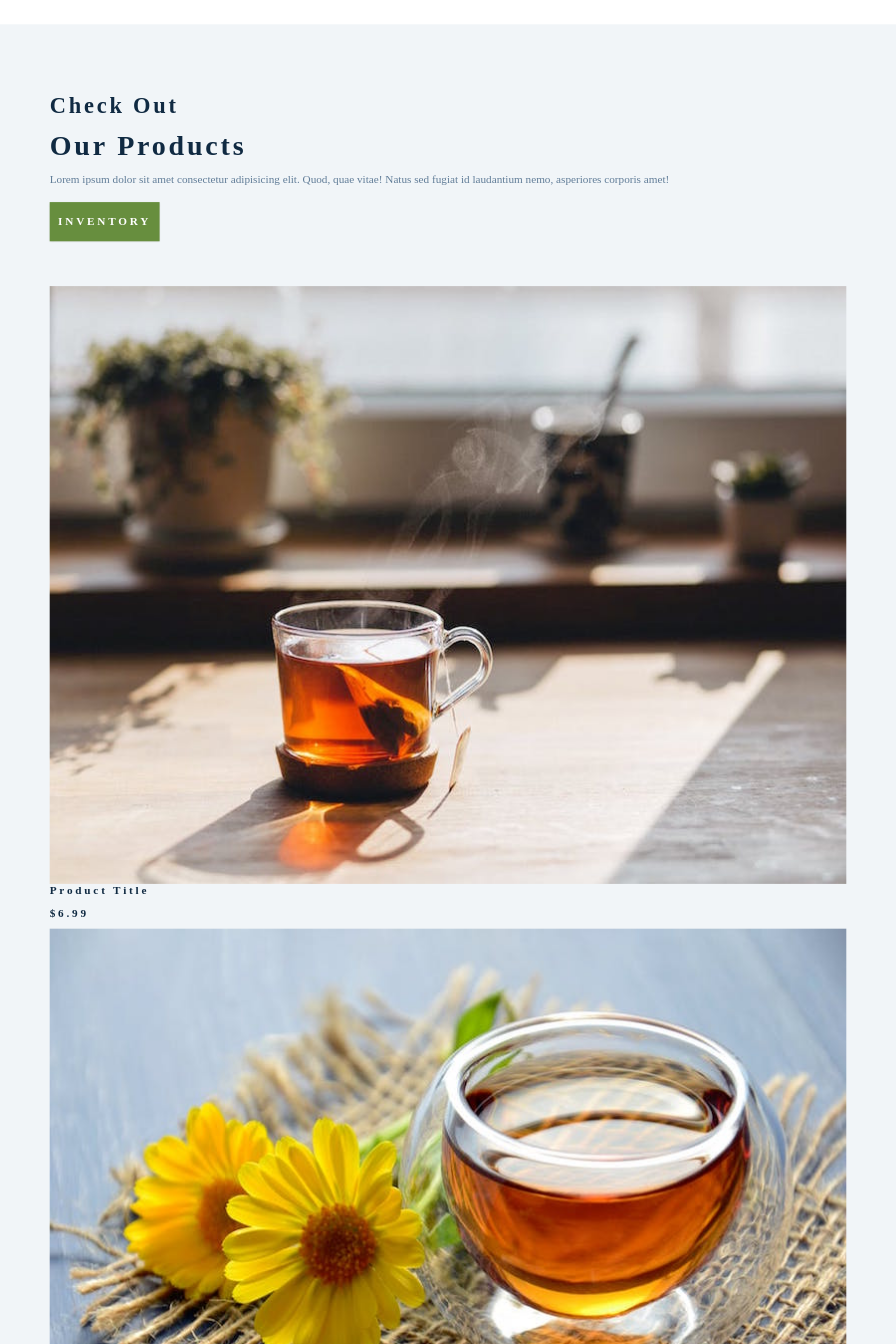
Repository: Ndifoinhilary/building_tea_site
Page: index.html
The author's editor kept a copy of each file at every save. The page is drawn from the files as they stood at one save, then again after the next save.
The browser window is 1280 px wide. The pictures show the part of the page from y = 1594 to 3514 px (the page is 5572 px tall before and 5620 px after), at 70% of full size.
Backgrounds fixed to the window are drawn as part of the page. Some web fonts or font styles are not loaded; a fallback is used.

Above is the page before, as saved 2024-01-06 13:03:44.

### index.html
<!DOCTYPE html>
<html lang="en">

<head>
  <meta charset="UTF-8" />
  <meta name="viewport" content="width=device-width, initial-scale=1.0" />
  <meta http-equiv="X-UA-Compatible" content="ie=edge" />
  <title>Tea Station || Home</title>
  <!-- font-awesome -->
  <link rel="stylesheet" href="./fontawesome-free-5.7.2-web/css/all.css" />
  <!-- custom css -->
  <link rel="stylesheet" href="./css/styles.css" />
</head>

<body>
  <!-- nav button -->
  <span class="nav-btn" id="nav-btn">
    <i class="fas fa-bars"></i>
  </span>
  <!-- nav -->
  <nav class="navbar" id="navbar">
    <div class="navbar-header">
      <span class="nav-close" id="nav-close">
        <i class="fas fa-times"></i>
      </span>
    </div>
    <ul class="nav-items">
      <li><a href="index.html" class="nav-link">home</a></li>
      <li><a href="skills.html" class="nav-link">skills</a></li>
      <li><a href="about.html" class="nav-link">about</a></li>
      <li><a href="products.html" class="nav-link">products</a></li>
    </ul>
  </nav>
  <!-- header -->
  <header class="header">
    <div class="banner">
      <h2 class="banner-subtitle">Over one hunred flavors of tea</h2>
      <h1 class="banner-title">specially crafted tea</h1>
      <a href="skills.html" class=" btn banner-btn">explore</a>
    </div>
  </header>

  <div class="content-divider"></div>





  <!-- skills section -->
  <section class="skills clearfix">
    <!-- single skill -->
    <article class="skill">
      <span class="skill-icon">
        <i class="fas fa-mug-hot"></i>
      </span>
      <h4 class="skill-title">made in US</h4>
      <!-- ten words -->
      <p class="skill-text">
        Lorem ipsum dolor sit amet consectetur adipisicing elit. Tempore,
        sequi.
      </p>
    </article>
    <!-- end of single skill -->
    <!-- single skill -->
    <article class="skill">
      <span class="skill-icon">
        <i class="fas fa-glass-cheers"></i>
      </span>
      <h4 class="skill-title">relaxation</h4>
      <!-- ten words -->
      <p class="skill-text">
        Lorem ipsum dolor sit amet consectetur adipisicing elit. Tempore,
        sequi.
      </p>
    </article>
    <!-- end of single skill -->
    <!-- single skill -->
    <article class="skill">
      <span class="skill-icon">
        <i class="fas fa-bomb"></i>
      </span>
      <h4 class="skill-title">energy</h4>
      <!-- ten words -->
      <p class="skill-text">
        Lorem ipsum dolor sit amet consectetur adipisicing elit. Tempore,
        sequi.
      </p>
    </article>
    <!-- end of single skill -->
    <!-- single skill -->
    <article class="skill">
      <span class="skill-icon">
        <i class="fas fa-mortar-pestle"></i>
      </span>
      <h4 class="skill-title">family recipe</h4>
      <!-- ten words -->
      <p class="skill-text">
        Lorem ipsum dolor sit amet consectetur adipisicing elit. Tempore,
        sequi.
      </p>
    </article>
    <!-- end of single skill -->
  </section>
  <!--end of skills section -->




  <!-- about -->
  <section class="about">

    <div class="section-center clearfix">

      <article class="about-img">
        <div class="about-picture-container">
          <img src="./images/about-bcg.jpeg" alt="tea kettle" class="about-picture" />
        </div>
      </article>

      <article class="about-info">
        <!-- section title -->
        <div class="section-title">
          <h3 class="section-subtitle">about our</h3>
          <h2 class="section-title">tea station</h2>
        </div>
        <!-- section title -->
        <p class="about-text">
          Lorem ipsum dolor sit amet consectetur adipisicing elit. Possimus
          numquam rem eos vel consequuntur obcaecati?
        </p>
        <p class="about-text">
          Lorem ipsum dolor sit amet consectetur adipisicing elit. Possimus
          numquam rem eos vel consequuntur obcaecati?
        </p>
        <a href="about.html" class="btn">learn more</a>
      </article>
    </div>
  </section>
  <!-- end of about -->





  <!-- products -->
  <section class="products">
    <div class="section-center clearfix">
      <!-- products info  -->
      <article class="products-info">
        <!-- title -->
        <div>
          <h3 class="section-subtitle">check out</h3>
          <h2 class="section-title text-white">our products</h2>
        </div>
        <!-- end of title -->
        <p class="product-text">
          Lorem ipsum dolor sit amet consectetur adipisicing elit. Quod, quae
          vitae! Natus sed fugiat id laudantium nemo, asperiores corporis
          amet!
        </p>
        <a href="products.html" class="btn">inventory</a>
      </article>
      <!-- end of products info -->

      <!-- products inventory -->
      <article class="products-inventory clearfix">
        <!-- single product -->
        <div class="product">
          <img src="./images/product-1.jpeg" alt="single product" class="product-img" />
          <h4 class="product-title">product title</h4>
          <h4 class="product-price">$6.99</h4>
        </div>
        <!--end of single product -->
        <!-- single product -->
        <div class="product">
          <img src="./images/product-2.jpeg" alt="single product" class="product-img" />
          <h4 class="product-title">product title</h4>
          <h4 class="product-price">$6.99</h4>
        </div>
        <!--end of single product -->
        <!-- single product -->
        <div class="product">
          <img src="./images/product-3.jpeg" alt="single product" class="product-img" />
          <h4 class="product-title">product title</h4>
          <h4 class="product-price">$6.99</h4>
        </div>
        <!--end of single product -->
      </article>
      <!--end of  products inventory -->
    </div>
  </section>


  <!-- end of  products -->




  <!-- contact -->
  <section class="contact">
    <div class="section-center clearfix">
      <!-- contact info -->
      <article class="contact-info">
        <!-- contact item -->
        <div class="contact-item">
          <!-- contact text -->
          <h3 class="contact-title">
            <span class="contact-icon">
              <i class="fas fa-location-arrow"></i> </span>address
          </h3>
          <h3 class="contact-text">
            523 N Fairfax Ave, Los Angeles, CA 90048
          </h3>
        </div>
        <!-- end of contact item -->
        <!-- contact item -->
        <div class="contact-item">
          <!-- contact text -->
          <h3 class="contact-title">
            <span class="contact-icon"> <i class="fas fa-envelope"></i> </span>email
          </h3>
          <h3 class="contact-text">email@email.com</h3>
        </div>
        <!-- end of contact item -->

        <!-- contact item -->
        <div class="contact-item">
          <!-- contact text -->
          <h3 class="contact-title">
            <span class="contact-icon">
              <i class="fas fa-location-arrow"></i> </span>telephone
          </h3>
          <h3 class="contact-text">+ 123 456 789</h3>
        </div>
        <!-- end of contact item -->
      </article>
      <article class="contact-form">
        <form action="https://formspree.io/learncodetutorial@gmail.com" method="POST" class="form-group">
          <input type="text" name="name" placeholder="name" class="form-control" />
          <input type="email" name="email" placeholder="email" class="form-control" />
          <textarea name="message" placeholder="message" class="form-control" rows="5"></textarea>
          <button class="main-btn">send</button>
        </form>
      </article>
      <!-- end of contact info -->
    </div>
  </section>




  <!-- end o fcontact -->
  <footer class="footer">
    <div class="section-center">
      <div class="social-icons">
        <!-- social icon -->
        <a href="#" class="social-icon">
          <i class="fab fa-facebook"></i>
        </a>
        <!-- end of social icon -->
        <!-- social icon -->
        <a href="#" class="social-icon">
          <i class="fab fa-twitter"></i>
        </a>
        <!-- end of social icon -->
        <!-- social icon -->
        <a href="#" class="social-icon">
          <i class="fab fa-instagram"></i>
        </a>
        <!-- end of social icon -->
      </div>
      <p class="footer-text">
        &copy;2019 <span class="text-primary">tea station</span>. all rights
        reserved
      </p>
    </div>
  </footer>



  <script src="app.js"></script>
</body>

</html>

### css/styles.css
@import url("https://fonts.googleapis.com/css?family=Catamaran:400,700|Grand+Hotel");

* {
  margin: 0;
  padding: 0;
  box-sizing: border-box;
}

/*================
Global variables
===================
*/

:root{
  --clr-primary:#678e3e;
  --clr-primary-light:#beed8c;
  --clr-grey-1:#102a42;
  --clr-grey-5:#617d98;
  --clr-grey-10:#f1f5f8;
  --clr-white:#fff;
  --ff-primary:"Catamaran",sans-serif;
  --ff-secondary:"Grand Hotel", cursive;
  --transition: all 0.3s linear ;
  --spacing:0.25rem;
  --radius:0.5rem;
}


body{
  font-family: var(--clr-primary);
  background: var(--clr-white);
  color: var(--clr-grey-1);
  line-height: 1.5;
  font-size: 0.875rem;
}

a{
  text-decoration: none;
}

img{
  width: 100%;
  display: block;
}
h1,h2,h3,h4{
  letter-spacing: var(--spacing);
  text-transform: capitalize;
  line-height: 1.25;
  margin-bottom: 0.75rem;
}

h1{
  font-size: 3rem;
}
h2{
  font-size: 2rem;
}
h3{
  font-size: 1.5rem;
}
h4{
  font-size: 0.875rem;
}

p{
  margin-bottom: 1.25rem;
}
@media screen and (min-width:800px) {
  h1{
    font-size: 4rem;
  }
  h2{
    font-size: 2.5rem;
  }
  h3{
    font-size: 2rem;
  }
  h4{
    font-size: 1rem;
  }
  body{
    font-size: 1rem;
  }
  h1,h2,h3,h4{
    line-height: 1.25;

  }
}
/*
more css
 */

 .btn{
  text-transform: uppercase;
  background: var(--clr-primary);
  color: var(--clr-white);
  padding: 1rem 0.75rem;
  letter-spacing: var(--spacing);
  display: inline-block;
  font-weight:700 ;
  transition: var(--transition);
  font-size: 1rem;
  border: none;
  cursor: pointer;
  box-shadow: 0 1px 3px rgba(0, 0, 0,0.2);
 }
.btn:hover {
  color: var(--ff-primary);
  background: var(--clr-primary-light);
}
.clearfix::after , .clearfix::before{
  content: "";
  clear: both;
  display: table;
}
.section-title h3{
font-family: var(--ff-secondary);
color: var(--clr-primary);
}
section-title{
  margin-bottom: 2rem;
}
.section-center{
  padding: 4rem 0;
  width: 85vw;
  margin: 0 auto;
  max-width: 1170px;
}
@media screen and (min-width:992px) {
  .section-center{
    width: 95vw;
    padding: 4rem 1rem;
  }
}
 /*
 header
  */

  .header{
    min-height: 100vh;
    background: linear-gradient(rgba(0, 0, 0,0.6),rgba(0, 0, 0,0.6)) ,url("/images/main-bcg.jpeg") center/cover no-repeat fixed;
    position: relative;
    /* animation */
    overflow-x: hidden;

  }

  .banner{
    text-align: center;
    position: absolute;
    top: 50%;
    left: 50%;
    transform: translate(-50%,-50%);
  }

  .banner h2{
    font-family: var(--ff-secondary);
    color: var(--clr-primary);
    /* animation */
  }

  .banner h1{
    text-transform: uppercase;
    color: var(--clr-white);
    margin-top: 1.25rem;
    margin-bottom: 2rem;
  }

.banner-btn{
  outline: 0.125rem solid var(--clr-primary);
  outline-offset: 0.25rem;
  font-size: 1.25rem;
  padding:1rem 1.75rem ;
}

.content-divider{
height: 0.5rem;
background: linear-gradient(to left, var(--clr-primary), #e9b949, var(--clr-primary));
}

/*
skills section
 */

 .skills{
  background: var(--clr-grey-10);

 }

 .skill{
  text-align: center;
  padding: 2.5rem 0;
  transition: var(--transition);

 }

 .skill-icon{
  font-size: 2.5rem;
  margin-bottom: 1.25rem;
  transition: var(--transition);
  display: inline-block;
  color: var(--clr-primary);

 }
 .skill-text{
  color: var(--clr-grey-5);
  max-width: 17rem;
  margin: 0 auto;
 }
 .skill:hover {
  background: var(--clr-white);
  box-shadow: 0  2px var(--clr-primary);
 }

 .skill:hover .skill-icon{
  transform: translateY(-5px);
 }
 @media screen and (min-width:576px) {
  .skill{
    float: left;
    width: 50%;
  }
 }

 @media screen and (min-width:1200px) {
  .skill{

    width: 25%;
  }
 }

 /*
 About css
  */
.about-img, .about-info{
  padding: 2rem;
}

.about-picture-container{
  color: var(--clr-primary);
  border: 0.5rem solid var(--clr-primary);
  max-width: 30rem;
  overflow: hidden;

}

.about-picture{
  transition: var(--transition);
}

.about-picture-container:hover .about-picture{
opacity: 0.5;
transform: scale(1.2)
}


.about-text{
  max-width: 26rem;
  color: var(--clr-grey-5);
}


@media screen and (min-width:992px) {
  .about-info, .about-img{
    float: left;
    width: 50%;
  }
  .about-info{
    padding-left:2rem ;
  }
}

.products{
  background: var(--clr-grey-10);

}

.products article{
  padding: 2rem 0;
}
.product-text{
  color: var(--clr-grey-5);
}

### app.js
const navBtn = document.getElementById("nav-btn");
const navbar = document.getElementById("navbar");
const navClose = document.getElementById("nav-close");

navBtn.addEventListener("click", () => {
  navbar.classList.add("showNav");
});

navClose.addEventListener("click", () => {
  navbar.classList.remove("showNav");
});

Loaded but not shown: fontawesome-free-5.7.2-web/css/all.css (library)

After the next save:
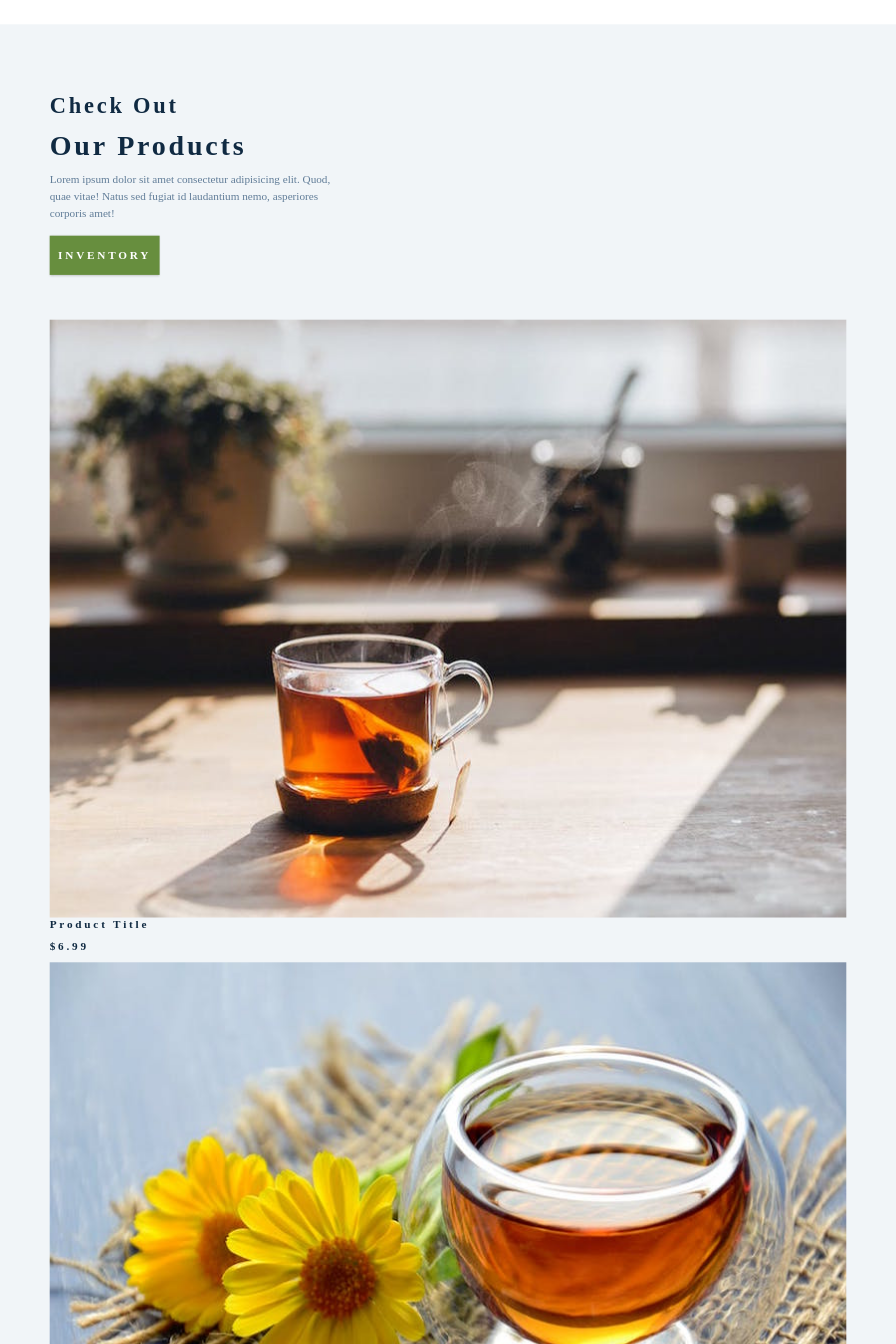
Saved 37 s later.
--- a/css/styles.css
+++ b/css/styles.css
@@ -280,4 +280,5 @@ transform: scale(1.2)
 }
 .product-text{
   color: var(--clr-grey-5);
-}
+  max-width: 26rem;
+}
